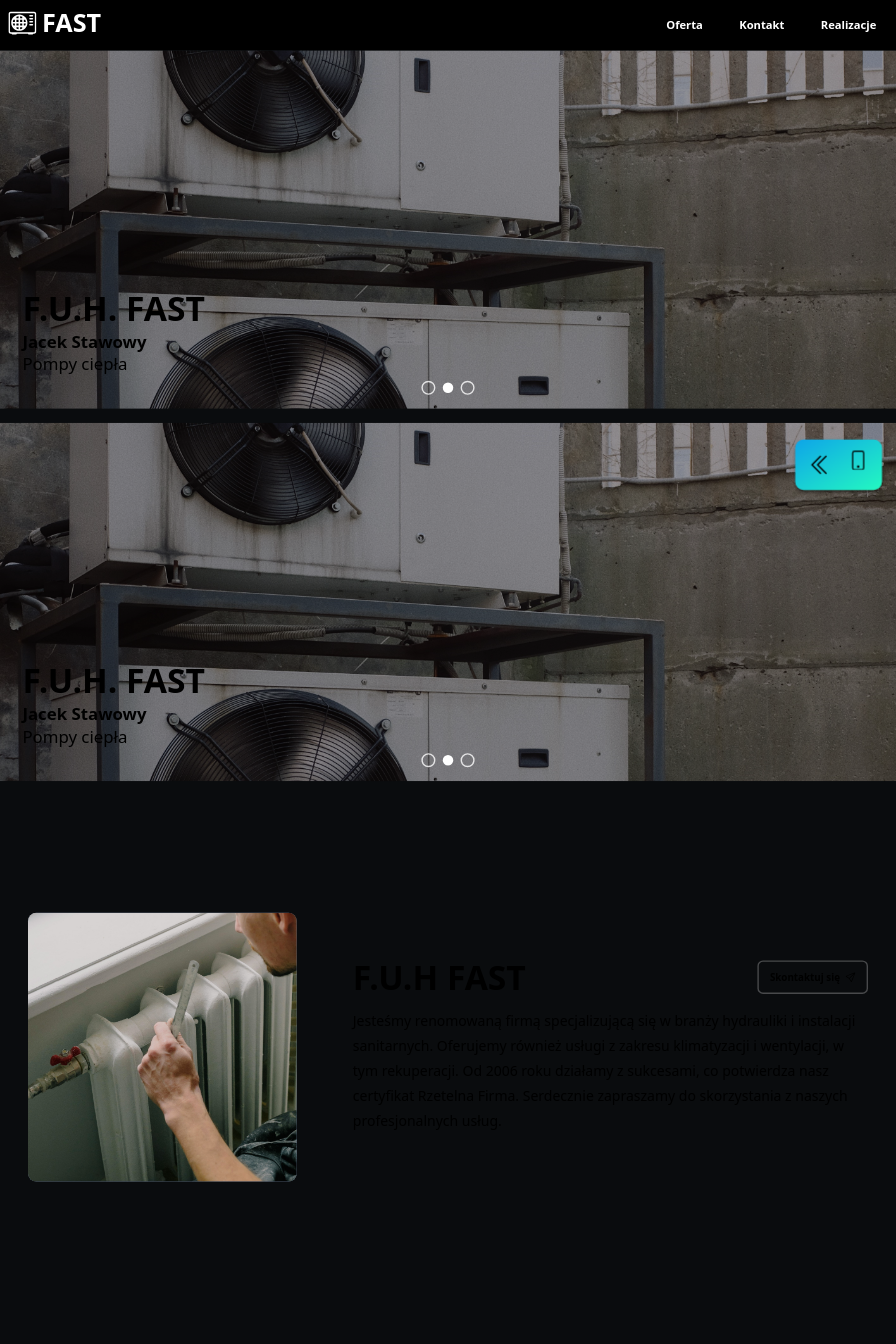
Repository: piotrokrutniak/Fast-CompanyWebsite
Page: /
These files come from the project's save history. The page is drawn as it stood at one moment and after the next save; the edit follows.
The browser window is 1280 px wide. The pictures show the part of the page from y = 0 to 1920 px (the page is 3072 px tall), at 70% of full size.
The project was rebuilt for these pictures with package versions that can differ from the ones it lists, and the page was loaded fresh each time. The framework's server and built-in components were replaced by stand-ins that run in the browser. Also part of the build but not shown: next.config.js, src/app/components/common/carousel.js.

Above is the page before, as saved 2023-10-22 12:09:15.

After the next save:
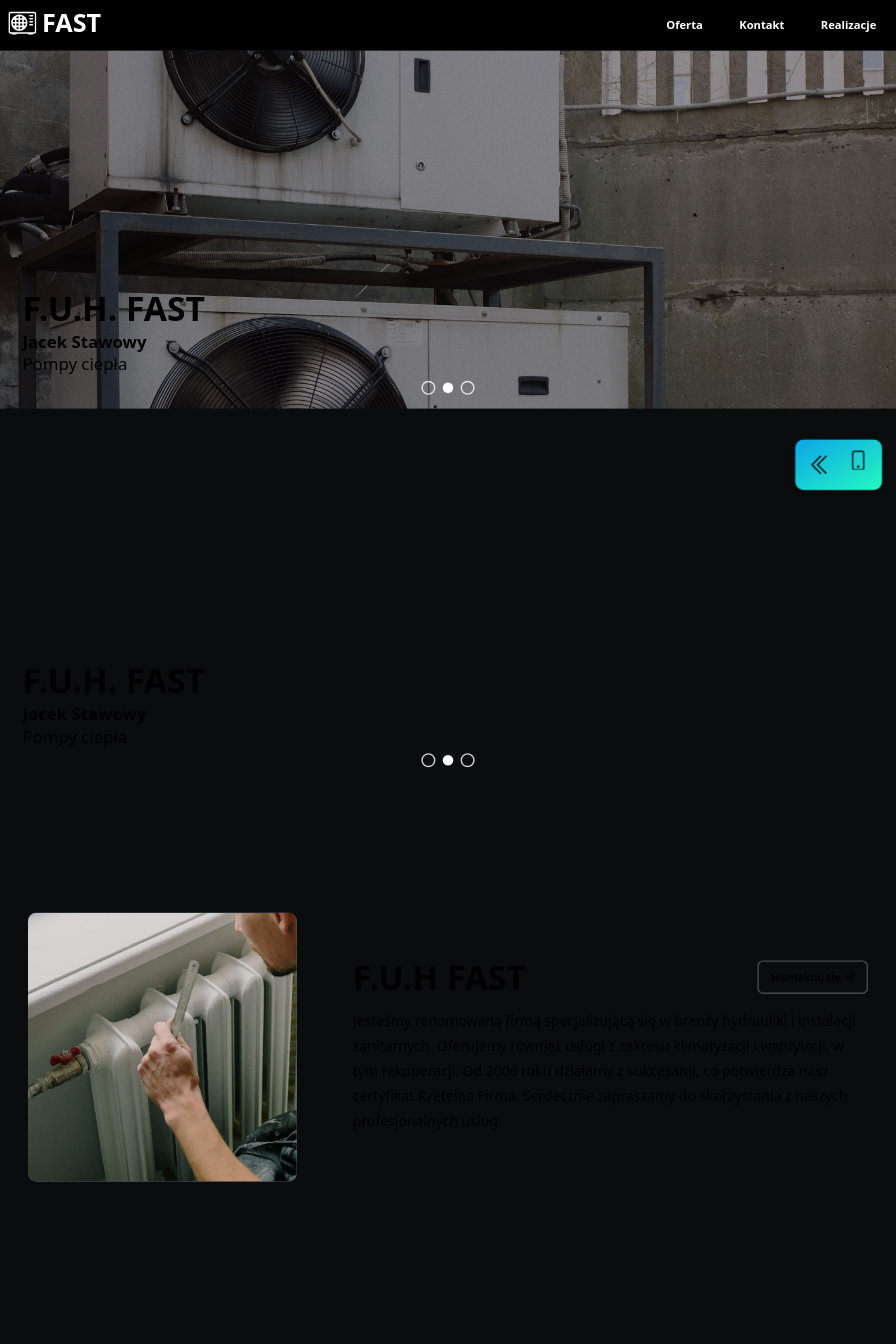
Saved 17 s later.
--- a/src/app/components/common/carouselSliderBeta.js
+++ b/src/app/components/common/carouselSliderBeta.js
@@ -60,7 +60,6 @@ export function CarouselSliderBeta({slides}){
           <div className={`w-full h-full absolute left-[200%]`}>
               <Image src={slides[0].img} alt={slides[0].desc} layout='fill' objectFit='cover' className="h-full opacity-60"/>
           </div>
-            {slides.map((image, index) => <CarouselPanel image={image} key={index} index={index} />)}
         </div>
         <div className='flex w-full justify-between center top-0 h-full place-items-center absolute p-2'>
             <div className='bg-black/10 p-2 rounded-2xl sm:hidden group-hover:block hover:bg-black/20 active:scale-95'>

After the save that followed:
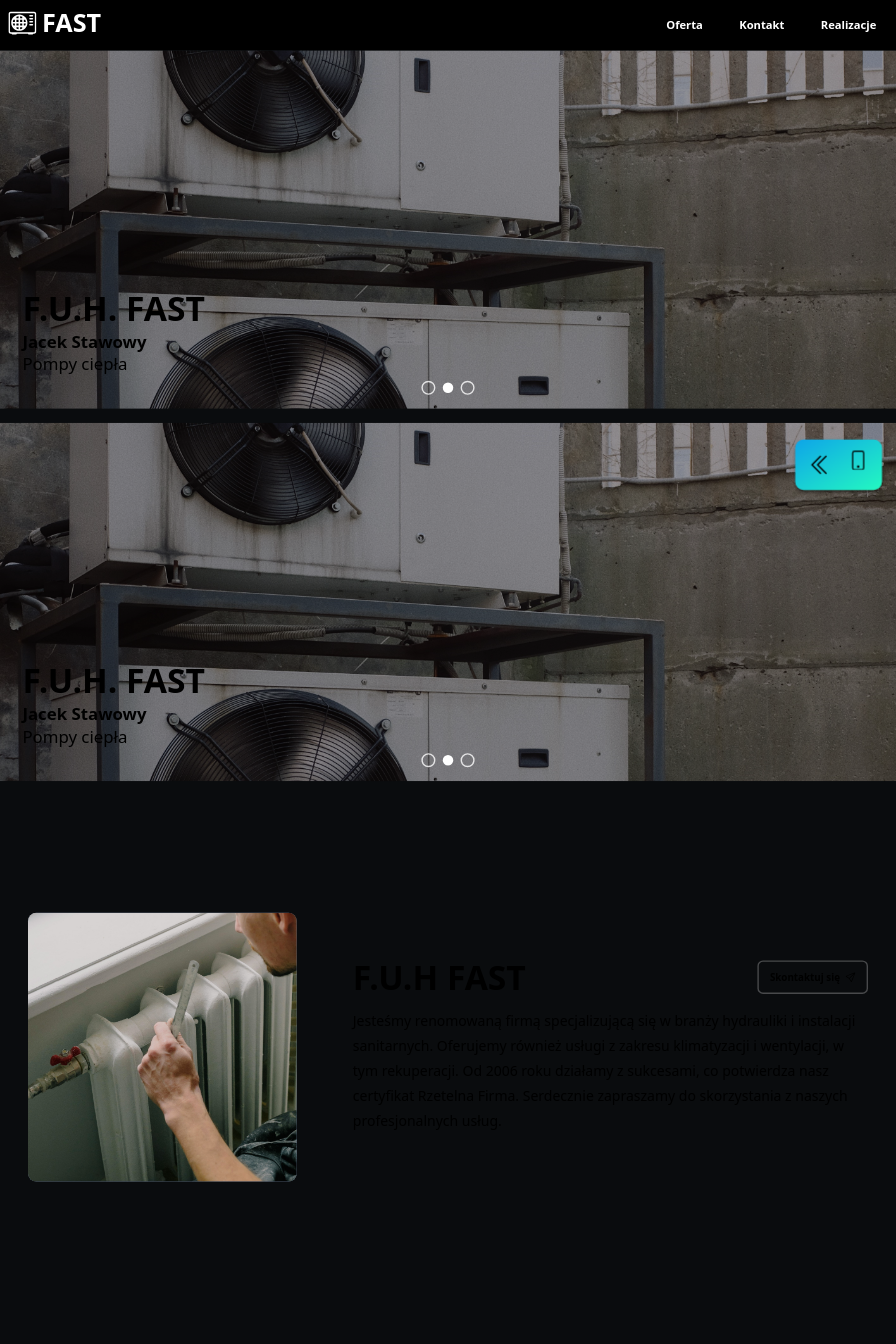
Saved 28 s later.
--- a/src/app/components/common/carouselSliderBeta.js
+++ b/src/app/components/common/carouselSliderBeta.js
@@ -54,6 +54,9 @@ export function CarouselSliderBeta({slides}){
         <>
         <div className="w-full max-w-7xl relative mx-auto overflow-clip group">
         <div className={`w-full max-w-7xl h-128`}>
+          <div className={`w-full h-full absolute left-[0%]`}>
+              <Image src={slides[0].img} alt={slides[0].desc} layout='fill' objectFit='cover' className="h-full opacity-60"/>
+          </div>
           <div className={`w-full h-full absolute left-[100%]`}>
               <Image src={slides[0].img} alt={slides[0].desc} layout='fill' objectFit='cover' className="h-full opacity-60"/>
           </div>
